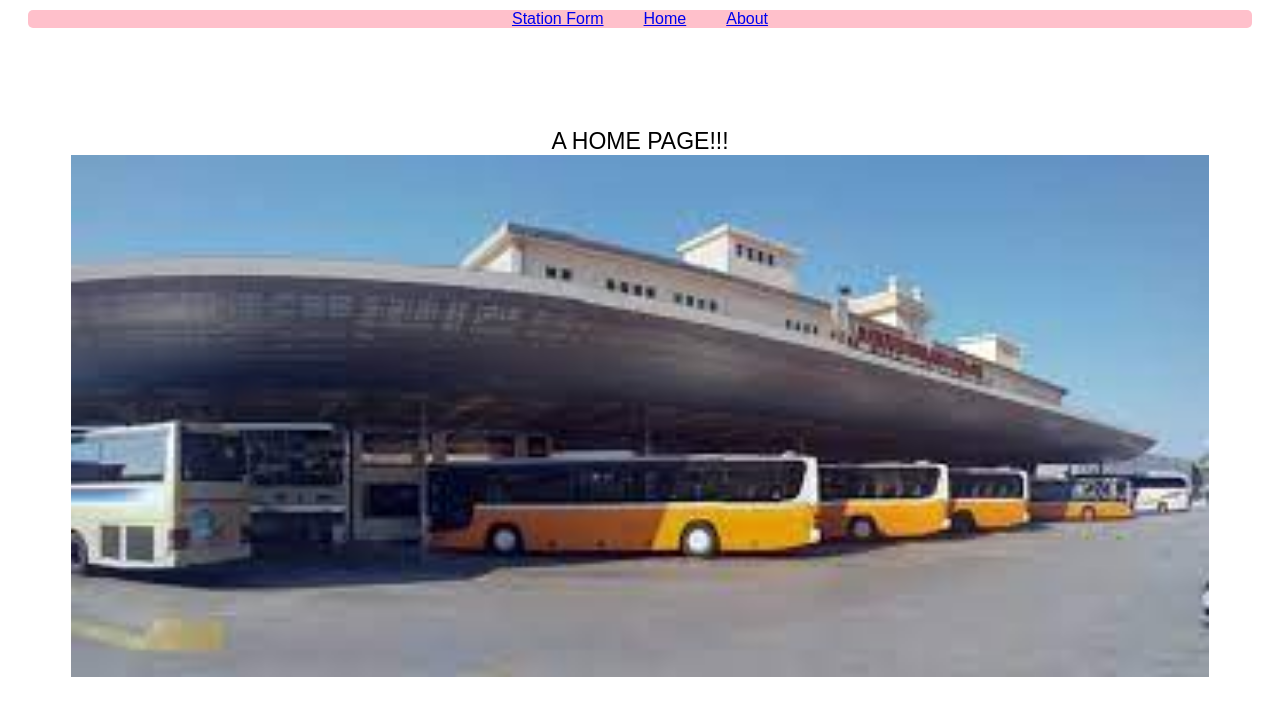
Repository: rutsguifd/mkr2
Page: /
An editor plug-in stored every save of this project. The page is shown before and after the next save, followed by the edit.
The browser window is 1280 px wide. The pictures show the whole page.
The project was rebuilt for these pictures with package versions that can differ from the ones it lists, and the page was loaded fresh each time. Also part of the build but not shown: src/views/About.vue, src/components/FavoriteTrips.vue, src/components/AddTrip.vue, src/components/TripCard.vue, src/views/StationForm.vue.

Above is the page before, as saved 2021-12-21 22:28:13.

After the next save:
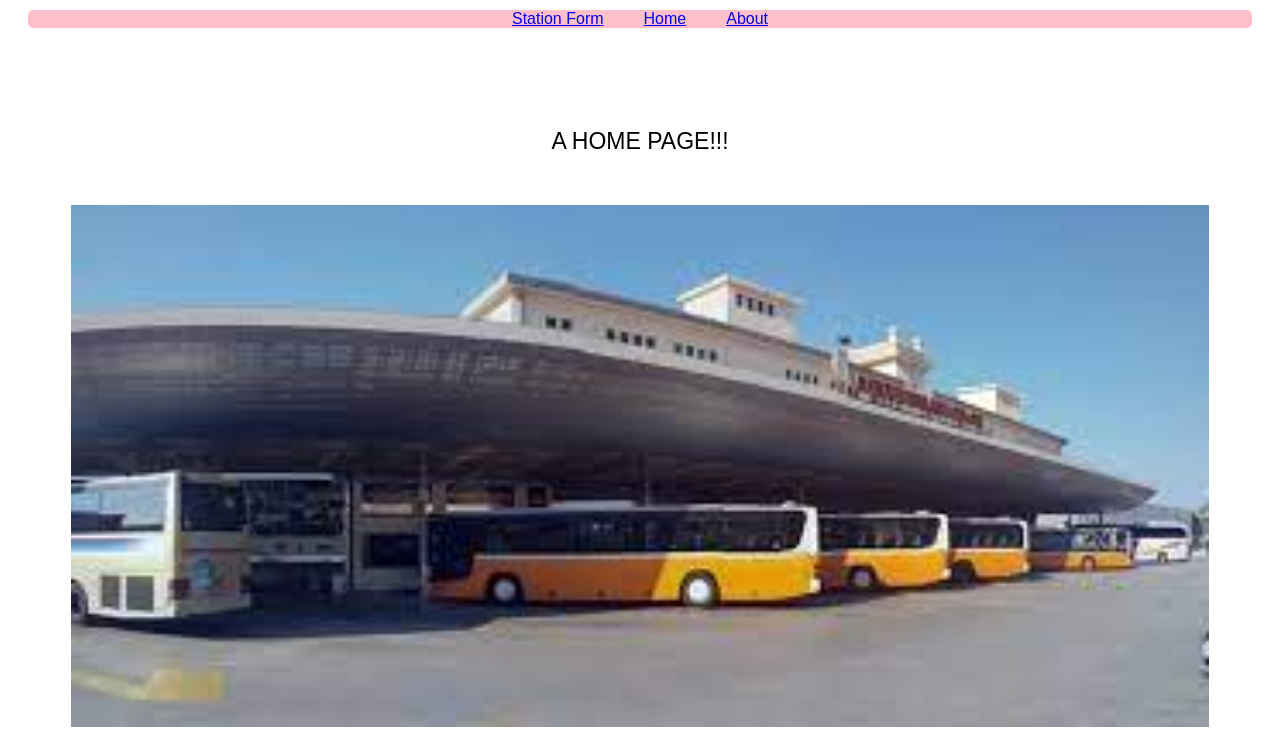
Saved 18 s later.
--- a/src/views/Home.vue
+++ b/src/views/Home.vue
@@ -28,7 +28,7 @@
 div {
   .fz {
     font-size: 23px;
-    margin-top: 100px;
+    margin: 100px 0px 50px;
   }
   text-align: center;
   img{

After the 2 saves that followed:
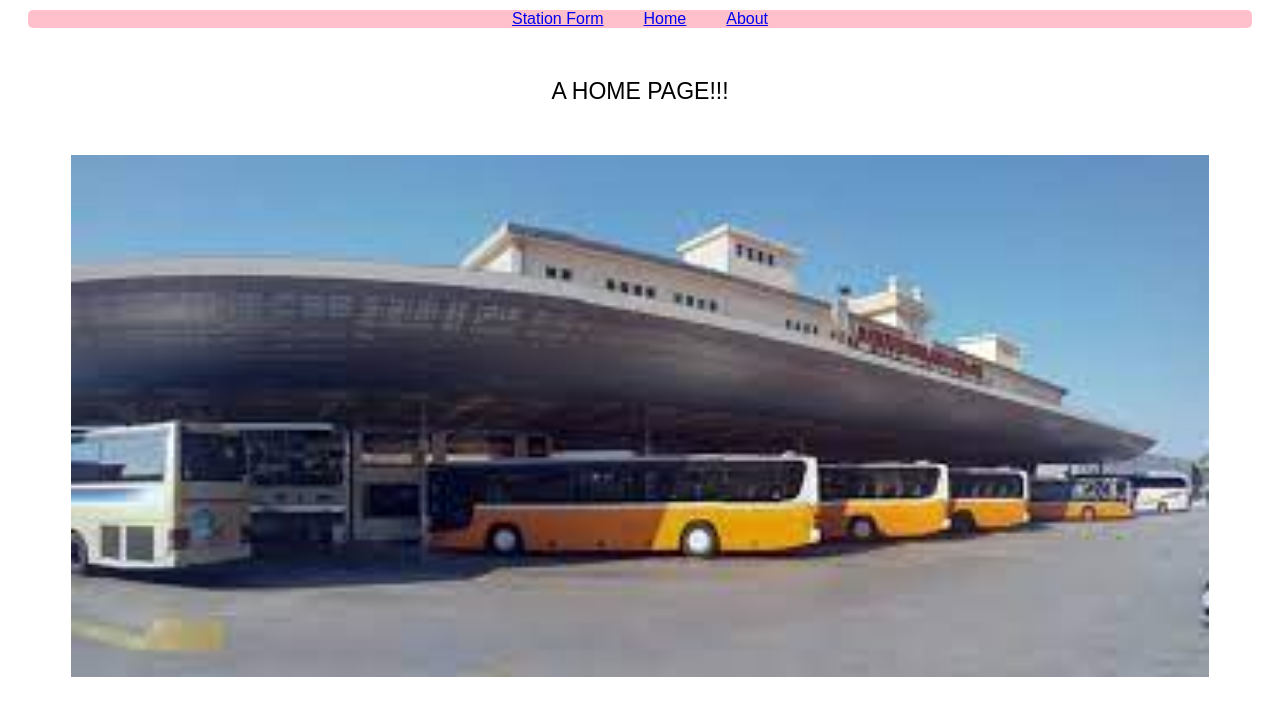
The 2 saves are shown as one change because they came seconds apart.
The last was saved 9 s later.
--- a/src/views/Home.vue
+++ b/src/views/Home.vue
@@ -28,7 +28,7 @@
 div {
   .fz {
     font-size: 23px;
-    margin: 100px 0px 50px;
+    margin: 50px 0px 50px;
   }
   text-align: center;
   img{
